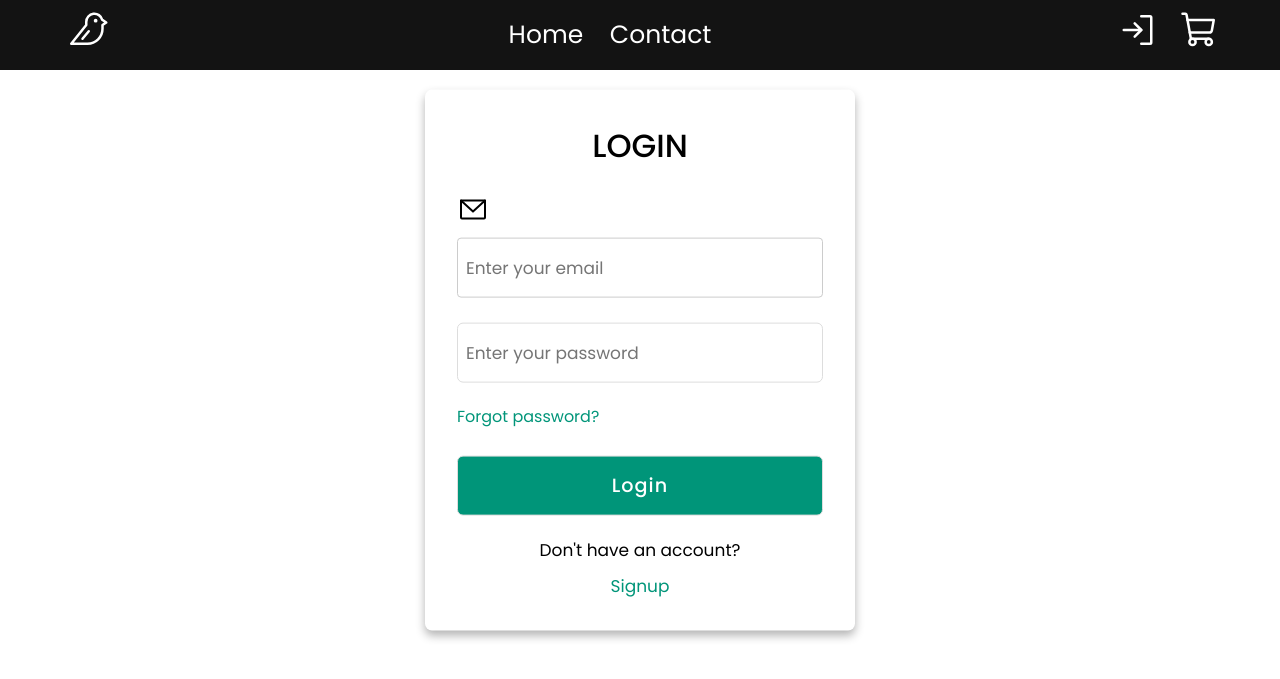
Repository: hoangdanh2/swp301
Page: /register
These files come from the project's save history. The page is drawn as it stood at one moment and after the next save; the edit follows.
The browser window is 1280 px wide. The pictures show the whole page.
The project was rebuilt for these pictures with package versions that can differ from the ones it lists, and the page was loaded fresh each time. Also part of the build but not shown: src/pages/shop/product.jsx, src/pages/shop/shop.css, src/pages/shop/shop.jsx, src/pages/contact/contact.jsx, src/pages/cart/cart-item.jsx, src/pages/cart/cart.css, src/pages/cart/cart.jsx.

Above is the page before, as saved 2023-05-29 10:41:15.

After the next save:
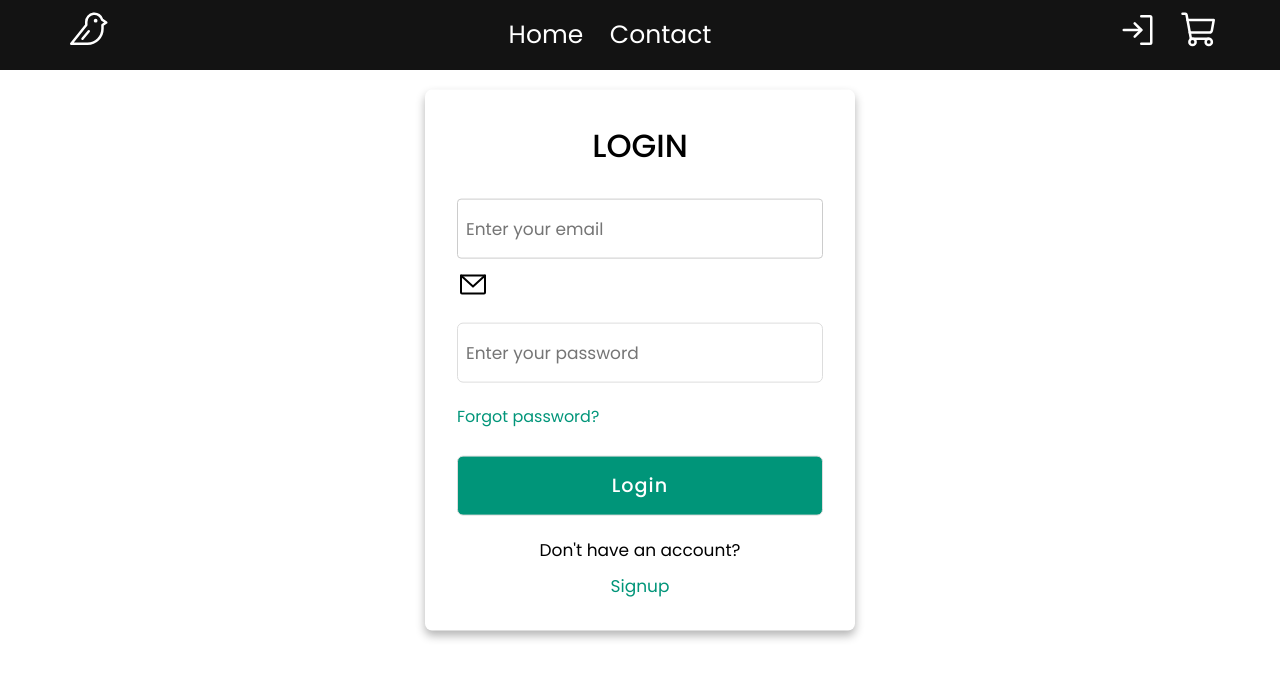
Saved 21 s later.
--- a/src/pages/register/register.jsx
+++ b/src/pages/register/register.jsx
@@ -9,7 +9,7 @@
     <div className="login form">
       <header>LOGIN</header>
       <form action="#">
-      <EnvelopeSimple size={32} /><input type="text" placeholder="Enter your email"></input>
+        <input type="text" placeholder="Enter your email"></input><EnvelopeSimple size={32} />
         <input type="password" placeholder="Enter your password"></input>
         <a href="#">Forgot password?</a>
         <input type="button" className="button" value="Login"></input>

After the save that followed:
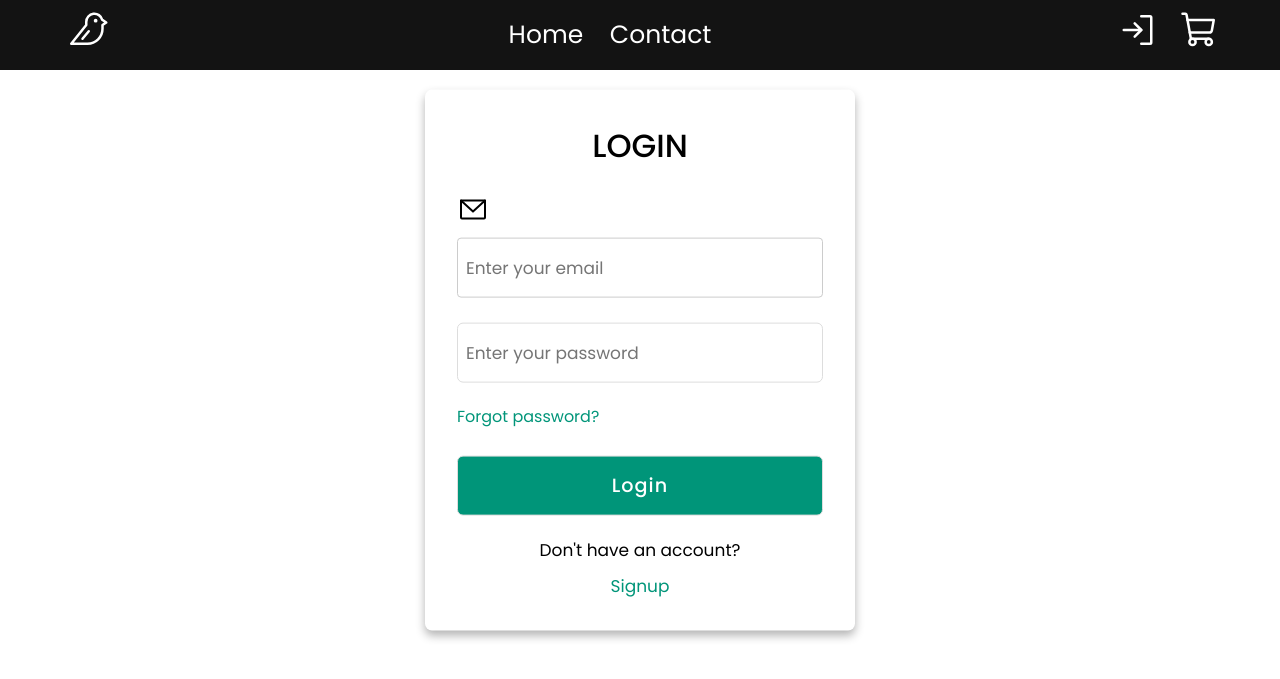
Saved 9 s later.
--- a/src/pages/register/register.jsx
+++ b/src/pages/register/register.jsx
@@ -8,8 +8,8 @@
     <input type="checkbox" id="check"></input>
     <div className="login form">
       <header>LOGIN</header>
-      <form action="#">
-        <input type="text" placeholder="Enter your email"></input><EnvelopeSimple size={32} />
+      <form action="#"><EnvelopeSimple size={32} />
+        <input type="text" placeholder="Enter your email"></input>
         <input type="password" placeholder="Enter your password"></input>
         <a href="#">Forgot password?</a>
         <input type="button" className="button" value="Login"></input>
